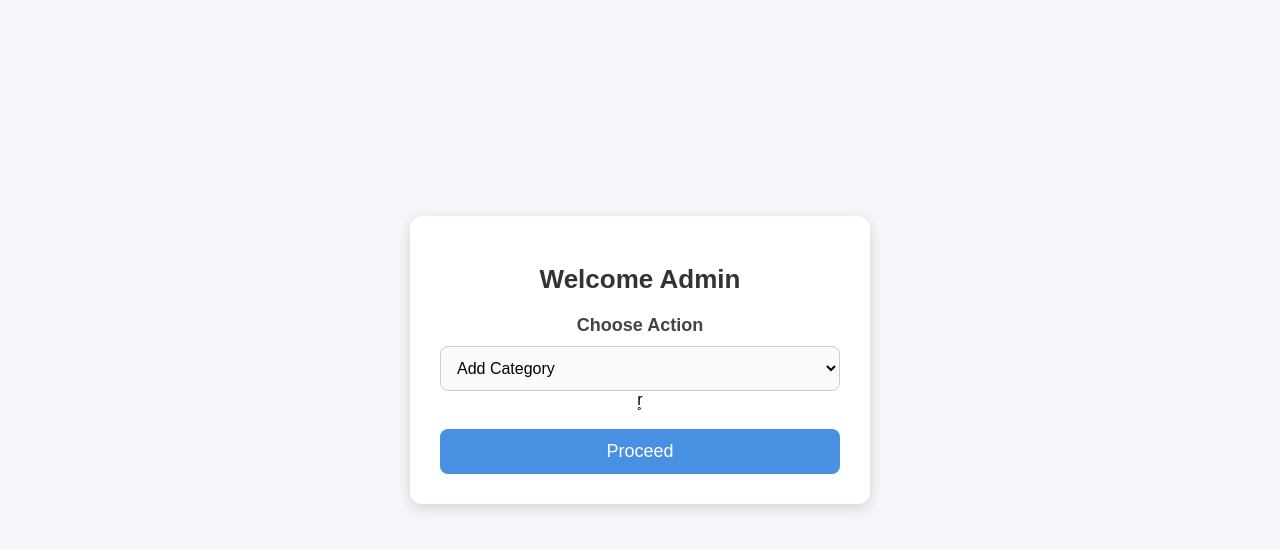
Repository: SarkarSubhajit/Advenced_Java
Page: FirstProject/src/main/webapp/welcome.html
The author's editor kept a copy of each file at every save. The page is drawn from the files as they stood at one save, then again after the next save.
The browser window is 1280 px wide. The pictures show the whole page.

Above is the page before, as saved 2025-12-06 14:43:19.

### FirstProject/src/main/webapp/welcome.html
<!DOCTYPE html>
<html>
<head>
<meta charset="UTF-8">
<title>Admin Dashboard</title>

<style>
    body {
        font-family: Arial, sans-serif;
        background: #f5f7fa;
        display: flex;
        justify-content: center;
        align-items: center;
        height: 100vh;
        margin: 0;
    }

    .container {
        background: white;
        width: 400px;
        padding: 30px;
        border-radius: 12px;
        box-shadow: 0px 4px 15px rgba(0,0,0,0.15);
        text-align: center;
    }

    h1 {
        margin-bottom: 20px;
        color: #333;
        font-size: 26px;
    }

    label {
        font-size: 18px;
        font-weight: bold;
        color: #444;
    }

    select {
        width: 100%;
        padding: 12px;
        margin-top: 10px;
        font-size: 16px;
        border-radius: 8px;
        border: 1px solid #ccc;
        background: #fafafa;
        transition: 0.3s;
    }

    select:focus {
        border-color: #4a90e2;
        outline: none;
        background: #fff;
    }

    .btn {
        margin-top: 20px;
        width: 100%;
        padding: 12px;
        background: #4a90e2;
        color: white;
        border: none;
        border-radius: 8px;
        font-size: 18px;
        cursor: pointer;
        transition: background 0.3s;
    }

    .btn:hover {
        background: #357ab7;
    }
</style>

</head>
<body>

    <div class="container">
        <h1>Welcome Admin</h1>

        <form action="WelcomeAdmin" method="post">
            <label>Choose Action</label><br />

            <select name="choice">
                <option value="addCategory">Add Category</option>
                <option value="addProduct">Add Product</option>
                <option value="deleteCategory">Delete Category</option>
                <option value="deleteProduct">Delete Product</option>
                <option value="showCategory">Show Category</option>
            </select>
r̥
            <button class="btn" type="submit">Proceed</button>
        </form>
    </div>

</body>
</html>

After the next save:
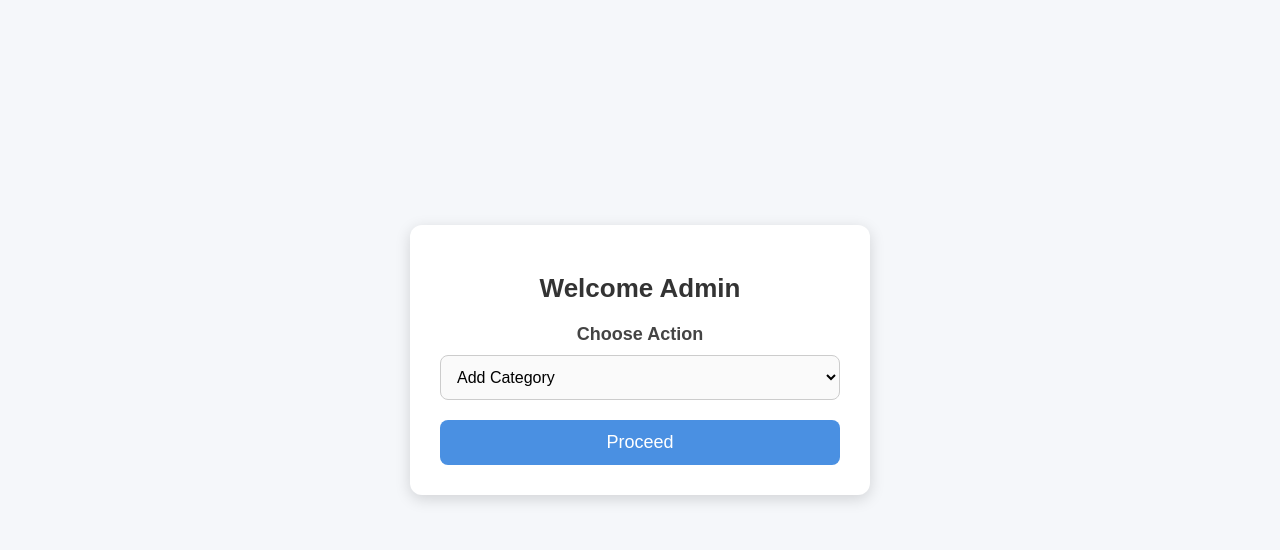
Saved 13 h 2 min later.
--- a/FirstProject/src/main/webapp/welcome.html
+++ b/FirstProject/src/main/webapp/welcome.html
@@ -87,7 +87,7 @@
                 <option value="deleteProduct">Delete Product</option>
                 <option value="showCategory">Show Category</option>
             </select>
-r̥
+
             <button class="btn" type="submit">Proceed</button>
         </form>
     </div>
